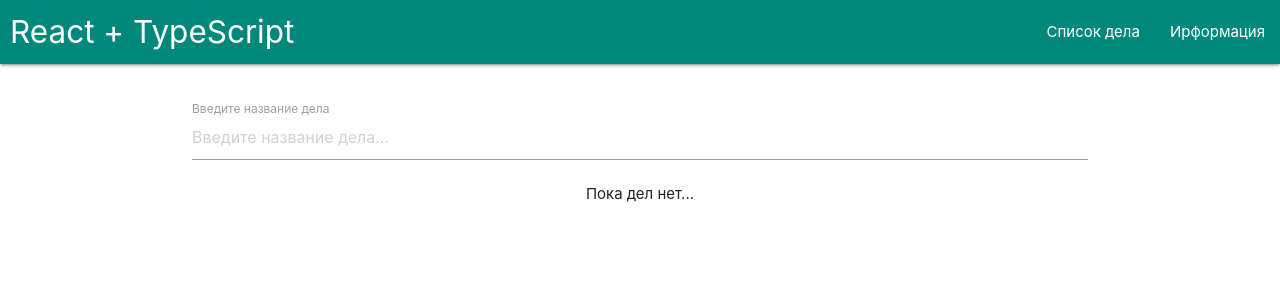
Repository: frostnn/TodoForm
Page: /
These files come from the project's save history. The page is drawn as it stood at one moment and after the next save; the edit follows.
The browser window is 1280 px wide. The pictures show the whole page.
The project was rebuilt for these pictures with package versions that can differ from the ones it lists, and the page was loaded fresh each time.

Above is the page before, as saved 2020-05-27 13:53:55.

### src/index.css
body {
  margin: 0;
  font-family: -apple-system, BlinkMacSystemFont, 'Segoe UI', 'Roboto', 'Oxygen',
    'Ubuntu', 'Cantarell', 'Fira Sans', 'Droid Sans', 'Helvetica Neue',
    sans-serif;
  -webkit-font-smoothing: antialiased;
  -moz-osx-font-smoothing: grayscale;
}

code {
  font-family: source-code-pro, Menlo, Monaco, Consolas, 'Courier New',
    monospace;
}
.nav-wrapper {
  padding-left: 10px;
}
.input-field {
  margin-top: 50px;
}
.todo {
  margin-bottom: 20px;

}
.todo.completed span{
  text-decoration: line-through;
}
.todo label {
  width: 100%;
  display: flex;
  align-items: center;
  justify-content: space-between;
  cursor: pointer;
  padding: 15px;
  background: #f3f3f3;
}
.todo i {
  z-index: 5;
}

### src/App.tsx
import React, {useState, useEffect} from 'react';
import NavBar from './components/NavBar';
import TodoForm from './components/TodoForm';
import TodoList from './components/TodoList';
import { ITodo } from './interfaces';

declare var confirm: (question: string) => boolean

const App: React.FunctionComponent = () => {
  const [todos, setTodos] = useState<ITodo[]>([])
  useEffect(()=>{
    const saved = JSON.parse(localStorage.getItem('todos') || '[]') as ITodo[]
    setTodos(saved)
  }, [])
  useEffect(() => {
    localStorage.setItem('todos', JSON.stringify(todos))
  },[todos])

  const addHandler = (title: string) => {
    const newTodo: ITodo = {
      title: title,
      id: Date.now(),
      completed: false
    }
    setTodos(prev =>  [newTodo, ...prev])
  }
    const toggleHandler = (id: number) => {
      setTodos(prev => prev.map(todo => {
        if(todo.id === id) {
          todo.completed = true
        }
        return todo
      })
      )
    }

    const removeHandler = (id: number) => {
      const shoudRemove = confirm("Вы точно хотите удалить элемент?")
      if(shoudRemove){
        setTodos(prev => prev.filter(todo => todo.id !== id))
      }
    }
    return (
      <>
        <NavBar/>
        <div className="container">
          <TodoForm onAdd={addHandler}/>
          <TodoList
            todos={todos}
            onToggle={toggleHandler}
            onRemove={removeHandler}
          />
        </div>
      </>
    );
}

export default App;

### src/components/NavBar.tsx
import React from 'react';

const NavBar: React.FunctionComponent = () => {
  return (
    <nav>
      <div className="nav-wrapper teal darken-1">
        <a href="/" className="brand-logo">React + TypeScript</a>
        <ul className="right hide-on-med-and-down">
          <li>
            <a href="/">Список дела</a>
          </li>
          <li>
            <a href="/">Ирформация</a>
          </li>
        </ul>
      </div>
  </nav>
  );
}

export default NavBar;

### src/components/TodoForm.tsx
import React, {useRef} from 'react';

interface TodoFormProps{
  onAdd(title: string): void
}


const TodoForm: React.FunctionComponent<TodoFormProps> = (props) => {
  const ref = useRef<HTMLInputElement>(null);
  const KeyPressHandler = (event: React.KeyboardEvent) => {
    if(event.key === 'Enter') {
      props.onAdd(ref.current!.value)
      ref.current!.value = ''
    }
  }
  return (
    <>

      <div className="input-field">
        <input
          onKeyPress={KeyPressHandler}
         ref={ref}
          type="text"
          id="title"
          placeholder="Введите название дела..."/>
        <label htmlFor="title" className="active">
          Введите название дела
        </label>


      </div>
    </>
  );
}

export default TodoForm;

### src/components/TodoList.tsx
import React from 'react';
import { ITodo } from '../interfaces';
type TodoListProps = {
  todos: ITodo[]
  onToggle(id: number): void
  onRemove: (id: number) => void
}
const TodoList: React.FunctionComponent<TodoListProps> = ({todos, onToggle, onRemove }) => {

  if(todos.length === 0) {
    return <p className="center">Пока дел нет...</p>
  }
  const removeHandler = (event: React.MouseEvent, id: number) => {
    event.preventDefault()

    onRemove(id)
  }
  return (
    <ul>
      {todos.map(todo => {
        const classes = ['todo']
        if(todo.completed){
          classes.push('completed')
        }

        return (
          <li className={classes.join(' ')} key={todo.id}>
            <label>
              <input
                type="checkbox"
                checked={todo.completed}
                onChange={onToggle.bind(null, todo.id)}
              />
              <span>{todo.title}</span>
              <i
                className="material-icons red-text"
                onClick={(event) => removeHandler(event, todo.id)}>
                  delete
              </i>
            </label>
          </li>
        )
      })}

    </ul>
  );

}

export default TodoList;

### src/pages/TodosPage.tsx
import React from 'react'

const TodosPage: React.FC = () => {
return (
  <div></div>
)
}

export default TodosPage;

Loaded but not shown: public/index.html (common file); src/index.tsx (common file); src/serviceWorker.ts (common file)

After the next save:
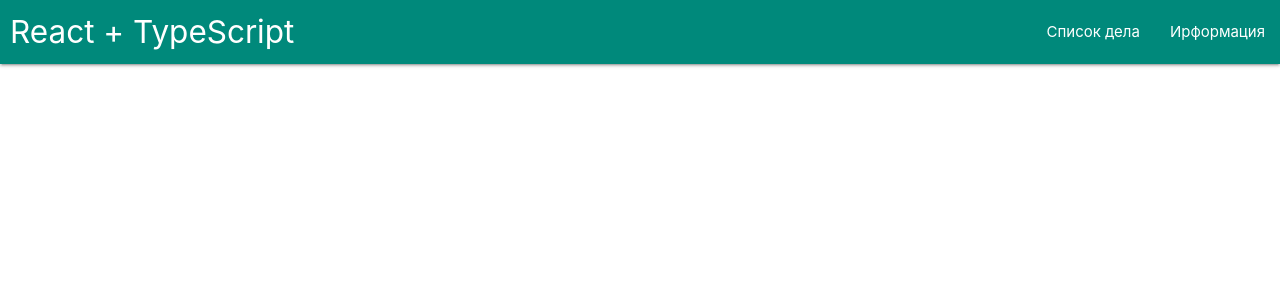
Saved 2 min 55 s later.
--- a/src/App.tsx
+++ b/src/App.tsx
@@ -1,7 +1,6 @@
 import React, {useState, useEffect} from 'react';
 import NavBar from './components/NavBar';
-import TodoForm from './components/TodoForm';
-import TodoList from './components/TodoList';
+import TodosPage from './pages/TodosPage'
 import { ITodo } from './interfaces';
 
 declare var confirm: (question: string) => boolean
@@ -44,12 +43,7 @@ const App: React.FunctionComponent = () => {
       <>
         <NavBar/>
         <div className="container">
-          <TodoForm onAdd={addHandler}/>
-          <TodoList
-            todos={todos}
-            onToggle={toggleHandler}
-            onRemove={removeHandler}
-          />
+         <TodosPage/>
         </div>
       </>
     );

After the save that followed:
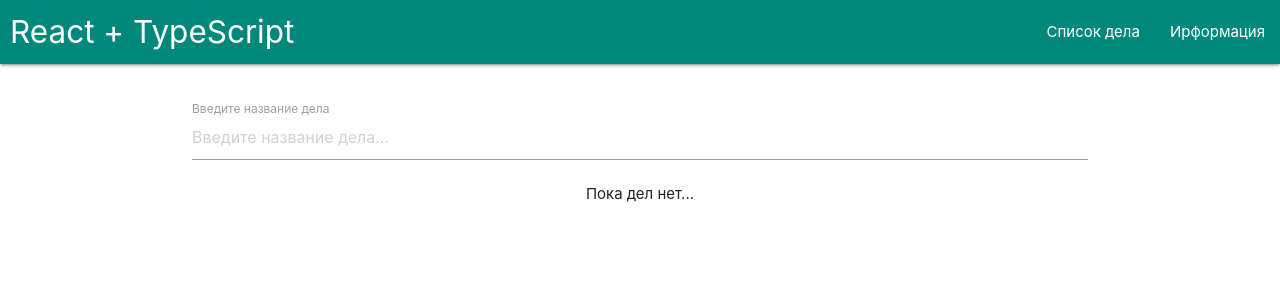
Saved 85 s later.
--- a/src/pages/TodosPage.tsx
+++ b/src/pages/TodosPage.tsx
@@ -1,9 +1,53 @@
-import React from 'react'
+import React, {useEffect, useState} from 'react'
+import TodoForm from '../components/TodoForm';
+import TodoList from '../components/TodoList';
+import { ITodo } from '../interfaces';
+
 
 const TodosPage: React.FC = () => {
-return (
-  <div></div>
-)
+  const [todos, setTodos] = useState<ITodo[]>([])
+  useEffect(()=>{
+    const saved = JSON.parse(localStorage.getItem('todos') || '[]') as ITodo[]
+    setTodos(saved)
+  }, [])
+  useEffect(() => {
+    localStorage.setItem('todos', JSON.stringify(todos))
+  },[todos])
+
+  const addHandler = (title: string) => {
+    const newTodo: ITodo = {
+      title: title,
+      id: Date.now(),
+      completed: false
+    }
+    setTodos(prev =>  [newTodo, ...prev])
+  }
+    const toggleHandler = (id: number) => {
+      setTodos(prev => prev.map(todo => {
+        if(todo.id === id) {
+          todo.completed = true
+        }
+        return todo
+      })
+      )
+    }
+
+    const removeHandler = (id: number) => {
+      const shoudRemove = confirm("Вы точно хотите удалить элемент?")
+      if(shoudRemove){
+        setTodos(prev => prev.filter(todo => todo.id !== id))
+      }
+    }
+  return (
+    <>
+        <TodoForm onAdd={addHandler}/>
+        <TodoList
+          todos={todos}
+          onToggle={toggleHandler}
+          onRemove={removeHandler}
+        />
+   </>
+  )
 }
 
 export default TodosPage;
